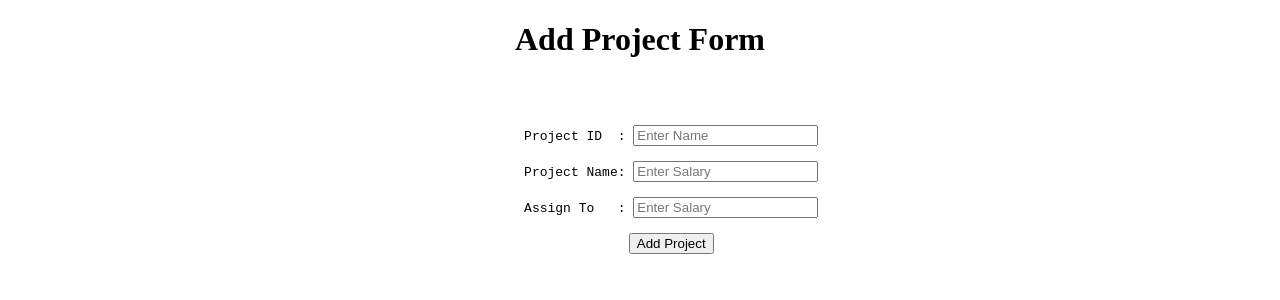
Repository: yashmodi2429/Programs
Page: http://localhost/Employee/addproject.jsp
These files come from the project's save history. The page is drawn as it stood at one moment and after the next save; the edit follows.
The browser window is 1280 px wide. The pictures show the whole page.
The page is served by Tomcat 9. Other server files are loaded and not shown.

Above is the page before, as saved 2019-02-25 10:06:49.

### Employee/WebContent/addproject.jsp
<%@ page language="java" contentType="text/html; charset=ISO-8859-1"
    pageEncoding="ISO-8859-1"%>
<!DOCTYPE html PUBLIC "-//W3C//DTD HTML 4.01 Transitional//EN" "http://www.w3.org/TR/html4/loose.dtd">
<html>
<head>
<meta http-equiv="Content-Type" content="text/html; charset=ISO-8859-1">
<title>Insert title here</title>
</head>
<body>
<center>
	<h1>Add Project Form</h1>
	<pre>
<form action ="AddEmployee" method="post" >
<div>

	Project ID  : <input type ="text" name="name" autocomplete="off" placeholder="Enter Name"><br>
	Project Name: <input type="text" name="salary" autocomplete="off" placeholder="Enter Salary"><br>
	Assign To   : <input type="text" name="salary" autocomplete="off" placeholder="Enter Salary"><br>
	<input type ="submit" value="Add Project">
	</div>
</form>
</pre>
<img src="" style="width: 23%;"/>
	</center>
</body>
</html>

After the next save:
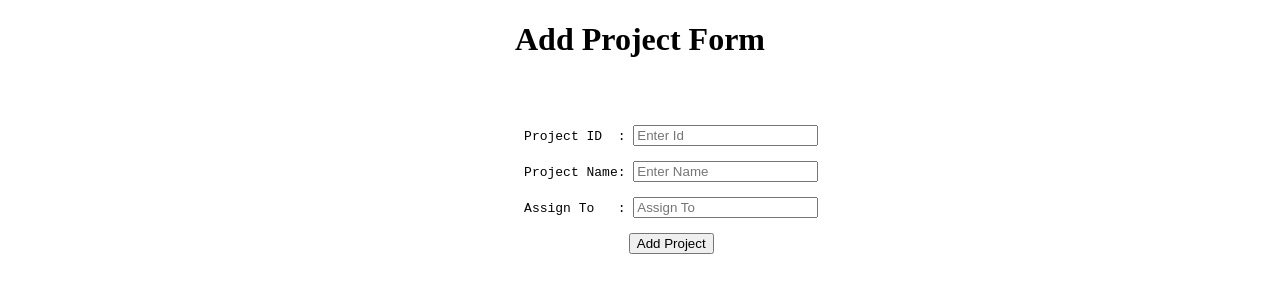
Saved 30 s later.
--- a/Employee/WebContent/addproject.jsp
+++ b/Employee/WebContent/addproject.jsp
@@ -13,9 +13,9 @@
 <form action ="AddEmployee" method="post" >
 <div>
 
-	Project ID  : <input type ="text" name="name" autocomplete="off" placeholder="Enter Name"><br>
-	Project Name: <input type="text" name="salary" autocomplete="off" placeholder="Enter Salary"><br>
-	Assign To   : <input type="text" name="salary" autocomplete="off" placeholder="Enter Salary"><br>
+	Project ID  : <input type ="text" name="id" autocomplete="off" placeholder="Enter Id"><br>
+	Project Name: <input type="text" name="name" autocomplete="off" placeholder="Enter Name"><br>
+	Assign To   : <input type="text" name="assign_to" autocomplete="off" placeholder="Assign To"><br>
 	<input type ="submit" value="Add Project">
 	</div>
 </form>
